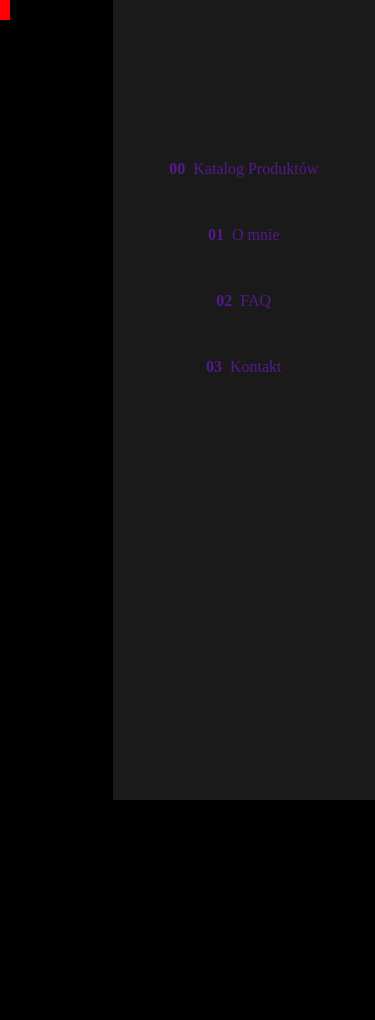
Repository: kowalkos/Rak_projekt
Page: /
These files come from the project's save history. The page is drawn as it stood at one moment and after the next save; the edit follows.
The browser window is 375 px wide. The pictures show the whole page.
The project was rebuilt for these pictures with package versions that can differ from the ones it lists, and the page was loaded fresh each time.

Above is the page before, as saved 2022-01-02 22:23:09.

After the next save:
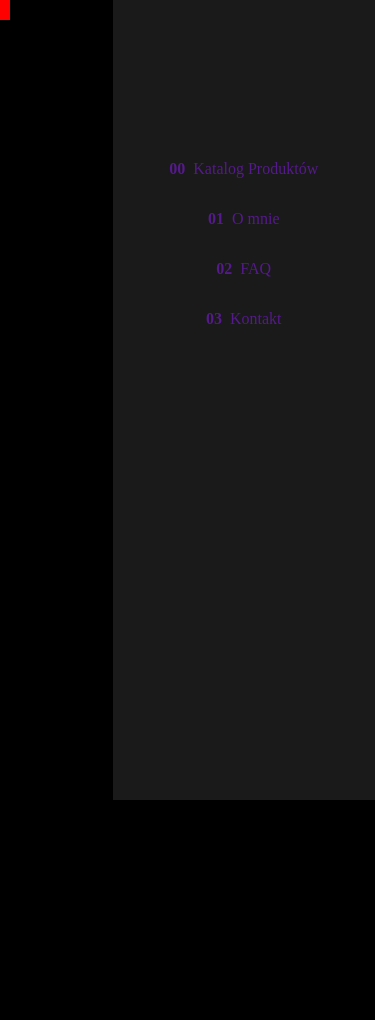
Saved 7 s later.
--- a/src/components/navbar/NavBar.css
+++ b/src/components/navbar/NavBar.css
@@ -36,7 +36,7 @@
     .primary-navigation {
         position: fixed;
         inset: 0 0 0 30%;
-        --gap:3rem;
+        --gap:2rem;
 
 
         flex-direction: column;
